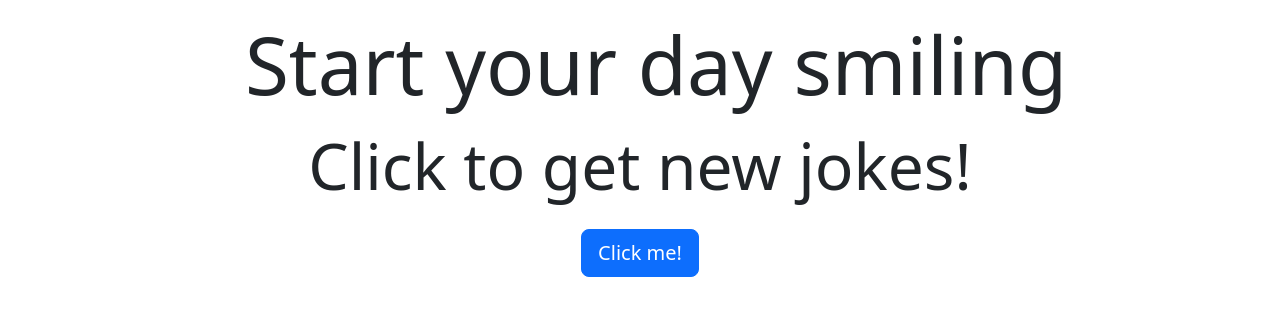
Repository: danieltikamori/wdb
Page: projects/Joke Machine/index.html
These files come from the project's save history. The page is drawn as it stood at one moment and after the next save; the edit follows.
The browser window is 1280 px wide. The pictures show the whole page.
Some web libraries are served in a nearby version.

Above is the page before, as saved 2023-01-28 18:13:19.

### projects/Joke Machine/index.html
<!DOCTYPE html>
<html lang="en">
<head>
  <meta charset="UTF-8">
  <meta http-equiv="X-UA-Compatible" content="IE=edge">
  <meta name="viewport" content="width=device-width, initial-scale=1.0">
  <title>Joke Machine</title>
  <link href="https://cdn.jsdelivr.net/npm/bootstrap@5.3.0-alpha1/dist/css/bootstrap.min.css" rel="stylesheet" integrity="sha384-GLhlTQ8iRABdZLl6O3oVMWSktQOp6b7In1Zl3/Jr59b6EGGoI1aFkw7cmDA6j6gD" crossorigin="anonymous">
</head>
<body>
  <div class="container text-center">
    <h1 class="m-3 container-fluid display-1">Start your day smiling</h1>
    <h2 class="container-fluid display-3">Click to get new jokes!</h2>
    <div class="|"><button id="jokeButton" class="btn btn-primary btn-lg m-3">Click me!</button></div>
    <ul id="jokes"></ul>
  </div>

  <script src="https://cdn.jsdelivr.net/npm/bootstrap@5.3.0-alpha1/dist/js/bootstrap.bundle.min.js" integrity="sha384-w76AqPfDkMBDXo30jS1Sgez6pr3x5MlQ1ZAGC+nuZB+EYdgRZgiwxhTBTkF7CXvN" crossorigin="anonymous"></script><script src="https://cdn.jsdelivr.net/npm/bootstrap@5.3.0-alpha1/dist/js/bootstrap.bundle.min.js" integrity="sha384-w76AqPfDkMBDXo30jS1Sgez6pr3x5MlQ1ZAGC+nuZB+EYdgRZgiwxhTBTkF7CXvN" crossorigin="anonymous"></script>
  <script src="https://cdn.jsdelivr.net/npm/axios@1.1.2/dist/axios.min.js"></script>
  <script src="app.js"></script>
</body>
</html>

### projects/Joke Machine/app.js
const jokes = document.querySelector("#jokes");
const button = document.querySelector("#jokeButton");

const addNewJoke = async () => {
  const jokeText = await getDadJoke();
  const newLI = document.createElement("LI");
  newLI.append(jokeText);
  jokes.append(newLI);
};

const getDadJoke = async () => {
  try {
    const config = { headers: { Accept: "application/json" } };
    const response = await axios.get("https://icanhazdadjoke.com/", config);
    return response.data.joke;
  } catch (err) {
    return "No jokes available! Try again another time!";
  }
};
button.addEventListener("click", addNewJoke); //Event listener must be after the function

After the next save:
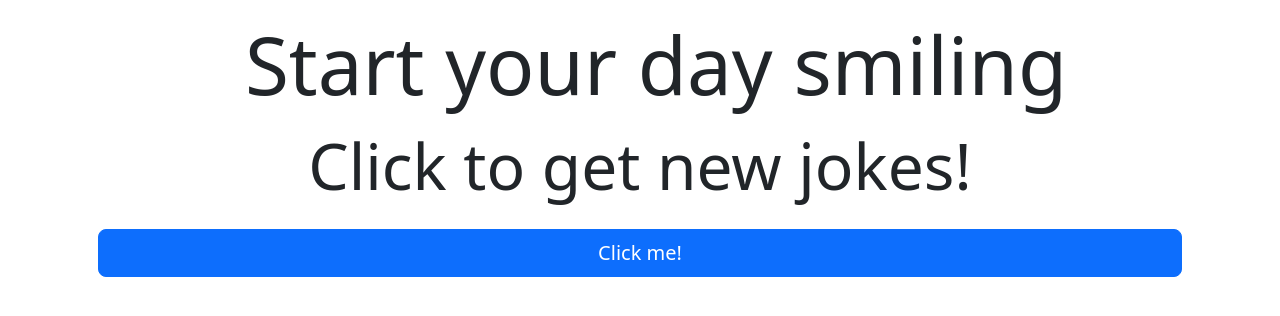
Saved 11 s later.
--- a/projects/Joke Machine/index.html
+++ b/projects/Joke Machine/index.html
@@ -11,7 +11,7 @@
   <div class="container text-center">
     <h1 class="m-3 container-fluid display-1">Start your day smiling</h1>
     <h2 class="container-fluid display-3">Click to get new jokes!</h2>
-    <div class="|"><button id="jokeButton" class="btn btn-primary btn-lg m-3">Click me!</button></div>
+    <div class="d-grid"><button id="jokeButton" class="btn btn-primary btn-lg m-3">Click me!</button></div>
     <ul id="jokes"></ul>
   </div>
 
